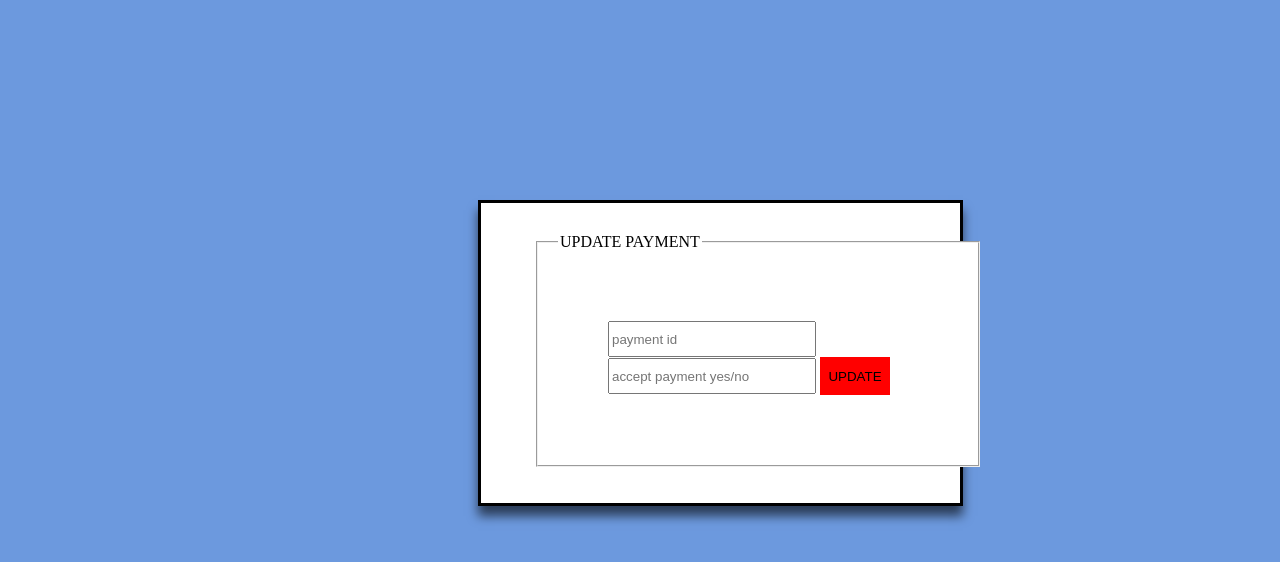
Repository: Nihara-R/Vehicle-Insurance-Portal
Page: http://localhost/paymentupdate.php
These files come from the project's save history. The page is drawn as it stood at one moment and after the next save; the edit follows.
The browser window is 1280 px wide. The pictures show the whole page.
The pointer rests on the first visible `.button`.
The page is run by PHP 8.4 with error messages shown; the project is at /var/www/html/.

Above is the page before, as saved 2023-06-29 10:38:41.

After the next save:
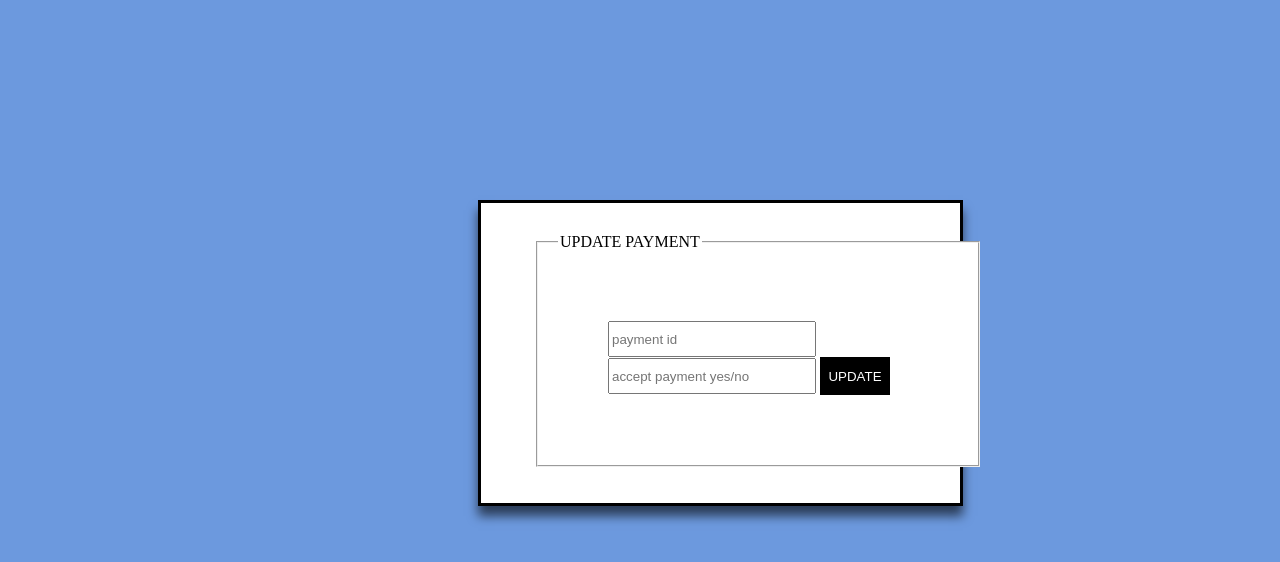
Saved 2 min 2 s later.
--- a/css/deletuser.css
+++ b/css/deletuser.css
@@ -50,6 +50,10 @@ fieldset{
   width: 70px;
   border: none;
 }
+.button:hover{
+  background:black;
+  color: white;
+}
 .textbox{
   height: 30px;
   width: 200px;
